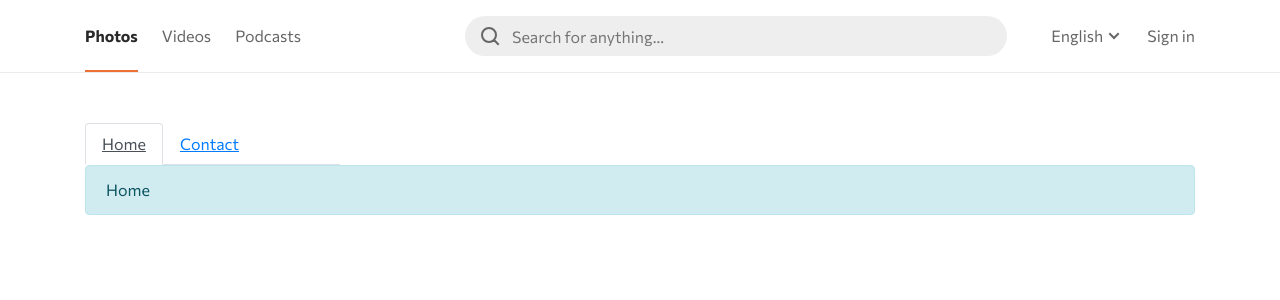
Repository: densavi/djinni
Page: index.html
An editor plug-in stored every save of this project. The page is shown before and after the next save, followed by the edit.
The browser window is 1280 px wide. The pictures show the whole page.
The style sheet was rebuilt from its Sass, Less or Tailwind sources for each picture, by a compiler version that may differ from the author's.

Above is the page before, as saved 2023-04-10 23:25:37.

After the next save:
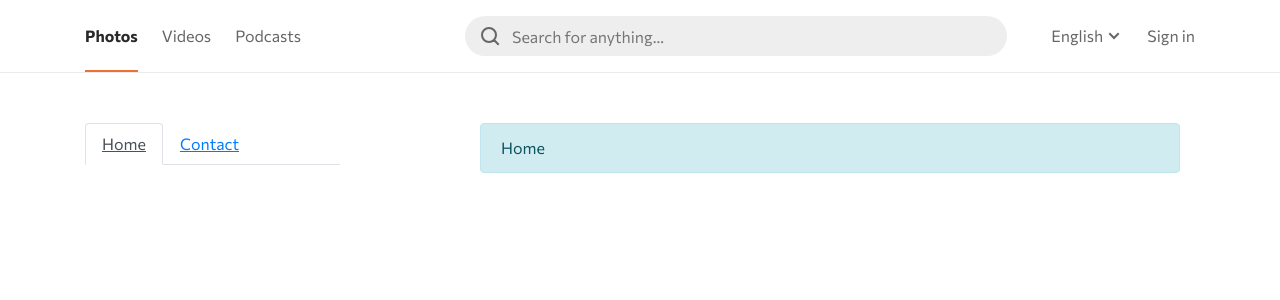
Saved 19 s later.
--- a/index.html
+++ b/index.html
@@ -67,19 +67,22 @@
             </li>
           </ul>
         </div>
+        <div class="col-8">
+          <div class="container-fluid">
+            <div class="tab-content">
+              <div role="tabpanel" class="tab-pane active" id="all-photos">
+                <div class="alert alert-info">Home</div>
+              </div>
 
-
-        <div class="container-fluid">
-          <div class="tab-content">
-            <div role="tabpanel" class="tab-pane active" id="all-photos">
-              <div class="alert alert-info">Home</div>
-            </div>
-
-            <div role="tabpanel" class="tab-pane" id="contact">
-              <div class="alert alert-info">Contact</div>
+              <div role="tabpanel" class="tab-pane" id="contact">
+                <div class="alert alert-info">Contact</div>
+              </div>
             </div>
           </div>
         </div>
+
+
+
       </div>
     </div>
   </div>
